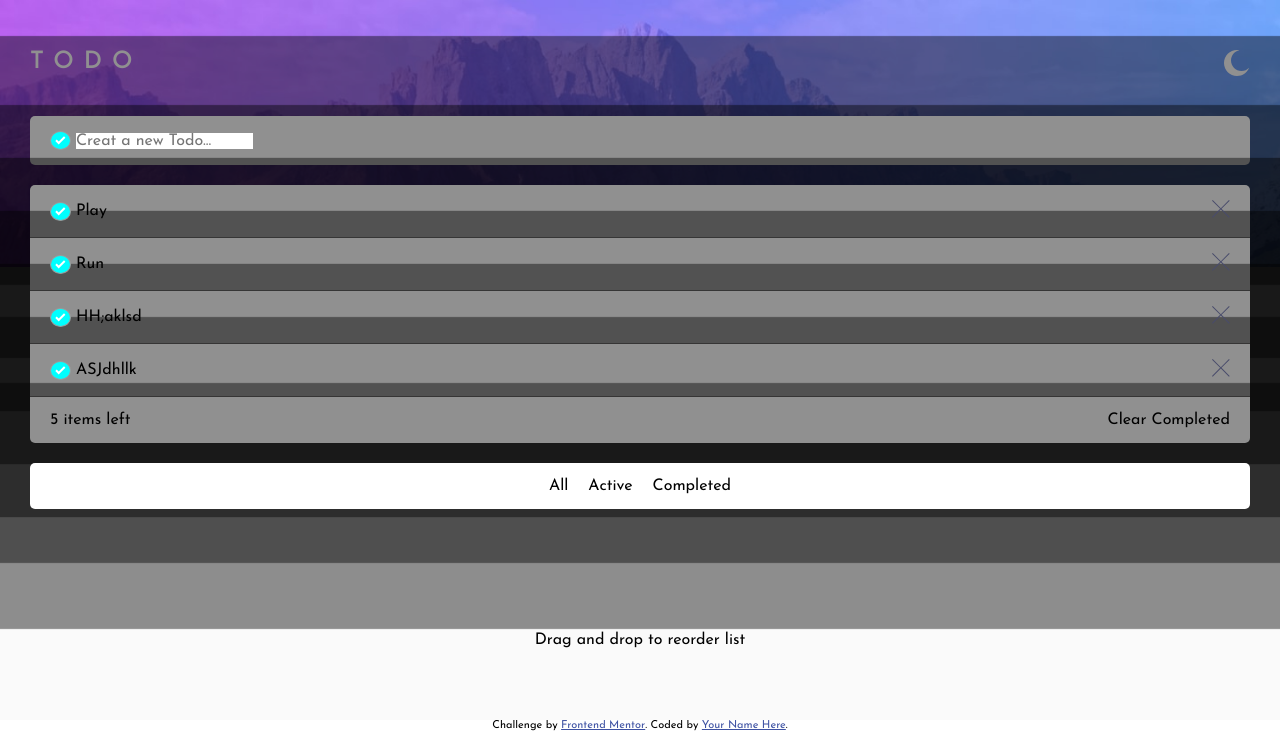
Repository: Baraajad231/Todo-app
Page: /
These files come from the project's save history. The page is drawn as it stood at one moment and after the next save; the edit follows.
The browser window is 1280 px wide. The pictures show the whole page.
The project was rebuilt for these pictures with package versions that can differ from the ones it lists, and the page was loaded fresh each time. Also part of the build but not shown: vite.config.js.

Above is the page before, as saved 2025-12-28 02:10:39.

### index.html
<!DOCTYPE html>
<html lang="en">
  <head>
    <meta charset="UTF-8" />
    <meta name="viewport" content="width=device-width, initial-scale=1.0" />
    <!-- displays site properly based on user's device -->

    <link
      rel="icon"
      type="image/png"
      sizes="32x32"
      href="./images/favicon-32x32.png"
    />

    <title>Frontend Mentor | Todo app</title>

    <!-- Feel free to remove these styles or customise in your own stylesheet 👍 -->
    <style>
      .attribution {
        font-size: 11px;
        text-align: center;
      }
      .attribution a {
        color: hsl(228, 45%, 44%);
      }
    </style>

    <link rel="preconnect" href="https://fonts.googleapis.com" />
    <link rel="preconnect" href="https://fonts.gstatic.com" crossorigin />
    <link
      href="https://fonts.googleapis.com/css2?family=Josefin+Sans:ital,wght@0,100..700;1,100..700&display=swap"
      rel="stylesheet"
    />

    <link rel="stylesheet" href="./styles/style.scss" />
  </head>
  <body>
    <div class="container">
      <picture class="background-Wrapper">
        <source
          media="(min-width:465px)"
          srcset="images/bg-desktop-light.jpg"
        />
        <img
          src="images/bg-mobile-light.jpg"
          alt="bg-mobile-light"
          class="background background-light"
        />
      </picture>

      <div class="todo">
        <div class="todo__header">
          <h1 class="todo__title">TODO</h1>
          <img src="images/icon-moon.svg" alt="moon icon" class="todo__theme" />
        </div>
        <ul class="todo__list">
          <li class="todo__list__row todo__list__row-input">
            <span class="checkbox">
              <img
                src="./images/icon-check.svg"
                alt="check"
                class="checkbox__icon"
              />
            </span>
            <input
              type="text"
              placeholder="Creat a new Todo..."
              class="todo__list__input"
            />
          </li>

          <li class="todo__list__row">
            <span class="checkbox">
              <img
                src="./images/icon-check.svg"
                alt="check"
                class="checkbox__icon"
              />
            </span>
            <span class="todo__list__task">Play</span>
            <span class="remove-btn">
              <img src="./images/icon-cross.svg" alt="" class="remove-icon"
            /></span>
          </li>
          <li class="todo__list__row">
            <span class="checkbox">
              <img
                src="./images/icon-check.svg"
                alt="check"
                class="checkbox__icon"
              />
            </span>
            <span class="todo__list__task">Run</span>
            <span class="remove-btn">
              <img src="./images/icon-cross.svg" alt="" class="remove-icon"
            /></span>
          </li>
          <li class="todo__list__row">
            <span class="checkbox">
              <img
                src="./images/icon-check.svg"
                alt="check"
                class="checkbox__icon"
              />
            </span>
            <span class="todo__list__task">HH;aklsd</span>
            <span class="remove-btn">
              <img src="./images/icon-cross.svg" alt="" class="remove-icon"
            /></span>
          </li>
          <li class="todo__list__row">
            <span class="checkbox">
              <img
                src="./images/icon-check.svg"
                alt="check"
                class="checkbox__icon"
              />
            </span>
            <span class="todo__list__task">ASJdhllk</span>
            <span class="remove-btn">
              <img src="./images/icon-cross.svg" alt="" class="remove-icon"
            /></span>
          </li>
          <li class="todo__list__row todo__list__row--meta">
            <div class="todo__items-left">
              <span class="todo__items-count">5</span>
              <span class="todo__items-text">items left</span>
            </div>

            <button class="todo__list-clear button">Clear Completed</button>
          </li>

          <li class="todo__list__row todo__list__row--filter">
            <button class="todo__list-all">All</button>
            <button class="todo__list-active">Active</button>
            <button class="todo__list-completed">Completed</button>
          </li>
        </ul>
      </div>
    </div>
    <p class="note">Drag and drop to reorder list</p>

    <div class="attribution">
      Challenge by
      <a href="https://www.frontendmentor.io?ref=challenge" target="_blank"
        >Frontend Mentor</a
      >. Coded by <a href="#">Your Name Here</a>.
    </div>
  </body>
</html>

### styles/style.scss
/*variables*/
:root {
  /* ===== Brand / Primary ===== */
  --color-primary: hsl(220, 98%, 61%);
  --gradient-check: linear-gradient(hsl(192, 100%, 67%), hsl(280, 87%, 65%));

  /* ===== Typography ===== */
  --font-family-base: "Josefin Sans", sans-serif;
  --font-size-base: 18px;
  --font-weight-regular: 400;
  --font-weight-bold: 700;
  // }

  // :root[data-theme="light"] {
  --color-bg: hsl(0, 0%, 98%);
  --color-surface: #ffffff;

  --color-text-primary: hsl(235, 19%, 35%);
  --color-text-secondary: hsl(236, 9%, 61%);

  --color-border: hsl(233, 11%, 84%);
  --color-muted: hsl(234, 39%, 85%);
  // }

  // :root[data-theme="dark"] {
  // --color-bg: hsl(235, 21%, 11%);
  // --color-surface: hsl(235, 24%, 19%);

  // --color-text-primary: hsl(234, 39%, 85%);
  // --color-text-secondary: hsl(236, 9%, 61%);

  // --color-border: hsl(237, 14%, 26%);
  // --color-muted: hsl(233, 14%, 35%);
}

/* Reset */
* {
  margin: 0;
  padding: 0;
  font: inherit;
}

*,
*::after,
*::before {
  box-sizing: border-box;
}

a {
  color: inherit;
  display: inline-block;
}

button,
[type="submit"] {
  background-color: transparent;
  border: none;
  cursor: pointer;
}

ul,
ol {
  list-style: none;
}

html {
  font-size: 62.5%;
}

body {
  font-size: 1.6rem;
  font-family: "Josefin Sans";
  color: black;
}
/* End Reset */

/*container*/
.container {
  position: relative;
  height: 100vh;
  background-color: var(--color-bg);
}
.background {
  width: 100vw;
}

.todo {
  display: flex;
  flex-direction: column;
  gap: 4rem;
  position: absolute;
  top: 0;
  width: calc(100% - 6rem);
  margin: 5rem 3rem;

  &__header {
    display: flex;
    justify-content: space-between;
    .todo__title {
      font-size: 2.4rem;
      color: white;
      letter-spacing: 1rem;
      font-weight: 600;
    }
  }

  &__list {
    &__row {
      background-color: white;
      padding: 1.5rem 2rem;
      display: flex;
      align-items: center;

      box-shadow: 0 2rem 0.1rem 10rem rgba(0, 0, 0, 0.437);
      &:nth-child(2) {
        border-radius: 0.5rem 0.5rem 0 0;
      }

      & .checkbox {
        border: 1px solid rgb(156, 155, 155);
        border-radius: 50%;
        background-color: aqua;
        margin-right: 0.5rem;
        display: flex;
        align-items: center;
        justify-content: center;

        &__icon {
          padding: 0.4rem;
        }
      }

      & .todo__list__task {
        margin-right: auto;
      }
      &-input {
        margin-bottom: 2rem;

        & .todo__list__input {
          border: none;

          &:focus {
            outline: none;
            caret-color: aqua;
          }
        }
      }

      &:not(&-input, &--filter, &--meta) {
        border-bottom: 1px solid rgb(170, 167, 167);
      }

      &--meta {
        display: flex;
        justify-content: space-between;

        border-radius: 0 0 0.5rem 0.5rem;
      }

      &--filter {
        display: flex;
        justify-content: center;
        gap: 2rem;
        margin-top: 2rem;
      }
      &--filter,
      &-input {
        border-radius: 0.5rem;
      }
    }
  }
}

.note {
  position: absolute;
  bottom: 10%;
  left: 50%;
  transform: translateX(-50%);
  width: max-content;
}

After the next save:
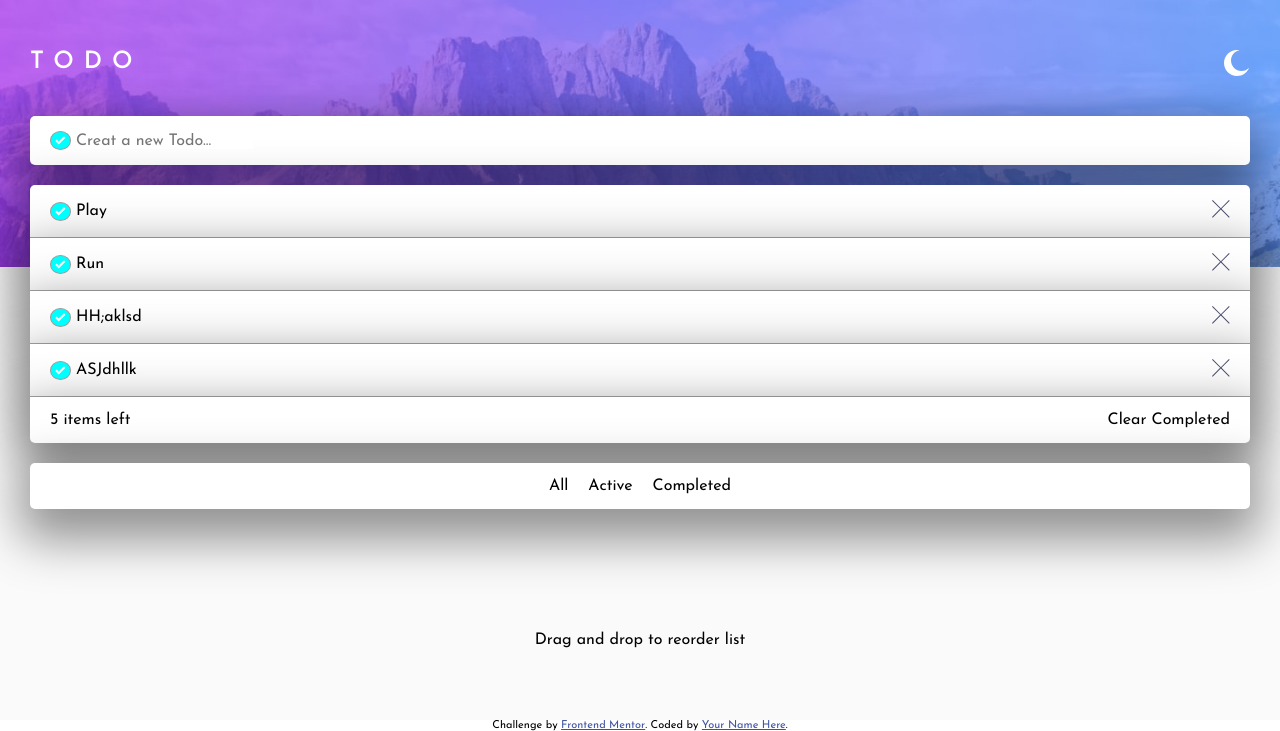
Saved 4 s later.
--- a/styles/style.scss
+++ b/styles/style.scss
@@ -111,7 +111,7 @@ body {
       display: flex;
       align-items: center;
 
-      box-shadow: 0 2rem 0.1rem 10rem rgba(0, 0, 0, 0.437);
+      box-shadow: 0 2rem 5rem 1rem rgba(0, 0, 0, 0.437);
       &:nth-child(2) {
         border-radius: 0.5rem 0.5rem 0 0;
       }
